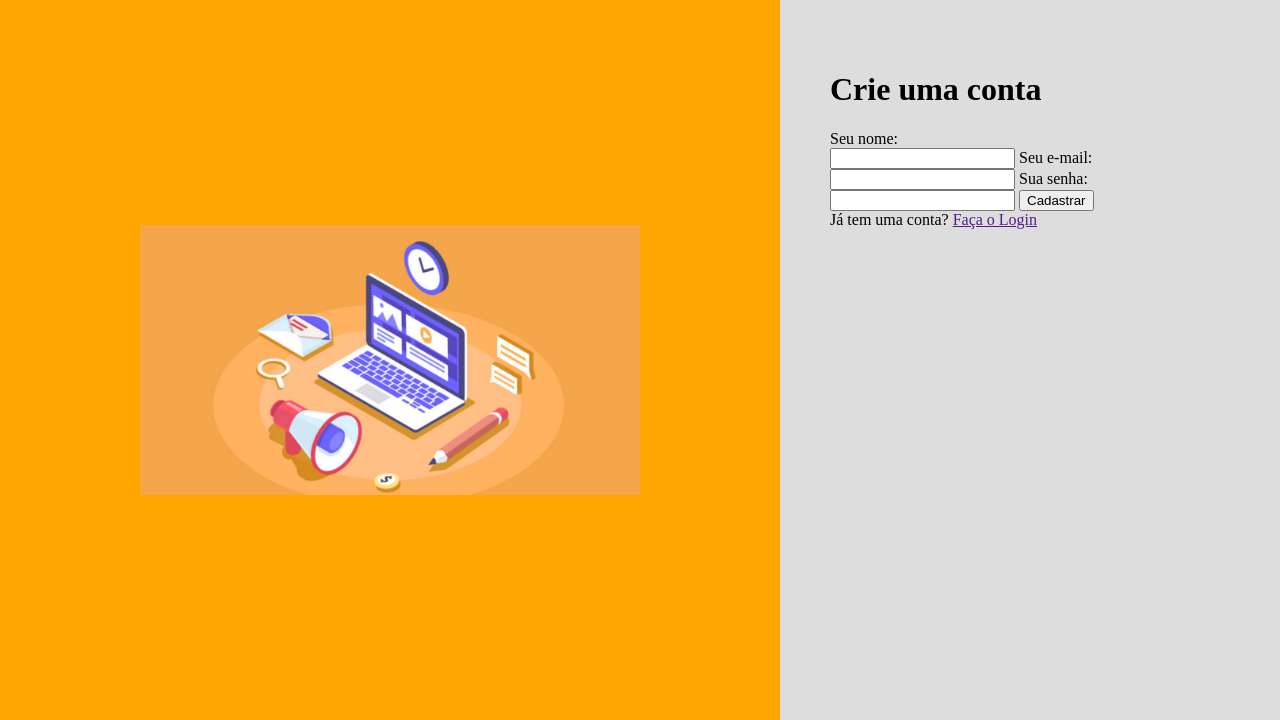
Repository: rafavirginio/tela-de-login
Page: index.html
These files come from the project's save history. The page is drawn as it stood at one moment and after the next save; the edit follows.
The browser window is 1280 px wide. The pictures show the whole page.

Above is the page before, as saved 2020-09-14 23:25:32.

### index.html
<!DOCTYPE html>
<html lang="en">

<head>
    <meta charset="UTF-8">
    <meta name="viewport" content="width=device-width, initial-scale=1.0">
    <title> Validador de Formulário </title>
    <link rel="stylesheet" href="style.css" />
</head>

<body>
    <div class="screen">
        <div class="leftside">
            <img src="imgGR.png" alt ""/>

        </div>
        <div class="rightside">
            <h1>Crie uma conta</h1>

            <form method="POST">


                <label>
                Seu nome: <br/>
                <input type="text" name="name" />
            </label>
                <label>
                Seu e-mail: <br/>
                <input type="text" name="email" />
            </label>
                <label>
                Sua senha: <br/>
                <input type="password" name="password" />
                <label>
                    <input type="submit" value="Cadastrar">
                </label>
            </form>
            <div>
                Já tem uma conta?
                <a href=""> Faça o Login</a>
            </div>
            <div>
            </div>

            <script src="script.js"></script>
</body>

</html>

### style.css
body {
    background-color: orange;
    margin: 0;
}

.screen {
    display: flex;
    height: 100vh;
}

.leftside {
    flex: 1;
    display: flex;
    justify-content: center;
    align-items: center;
}

.leftside img {
    max-width: 500px;
    height: auto;
}

.rightside {
    width: 400px;
    background-color: #DDD;
    padding: 50px;
}

Loaded but not shown: script.js (no copy from this time; the picture is the same without it)

After the next save:
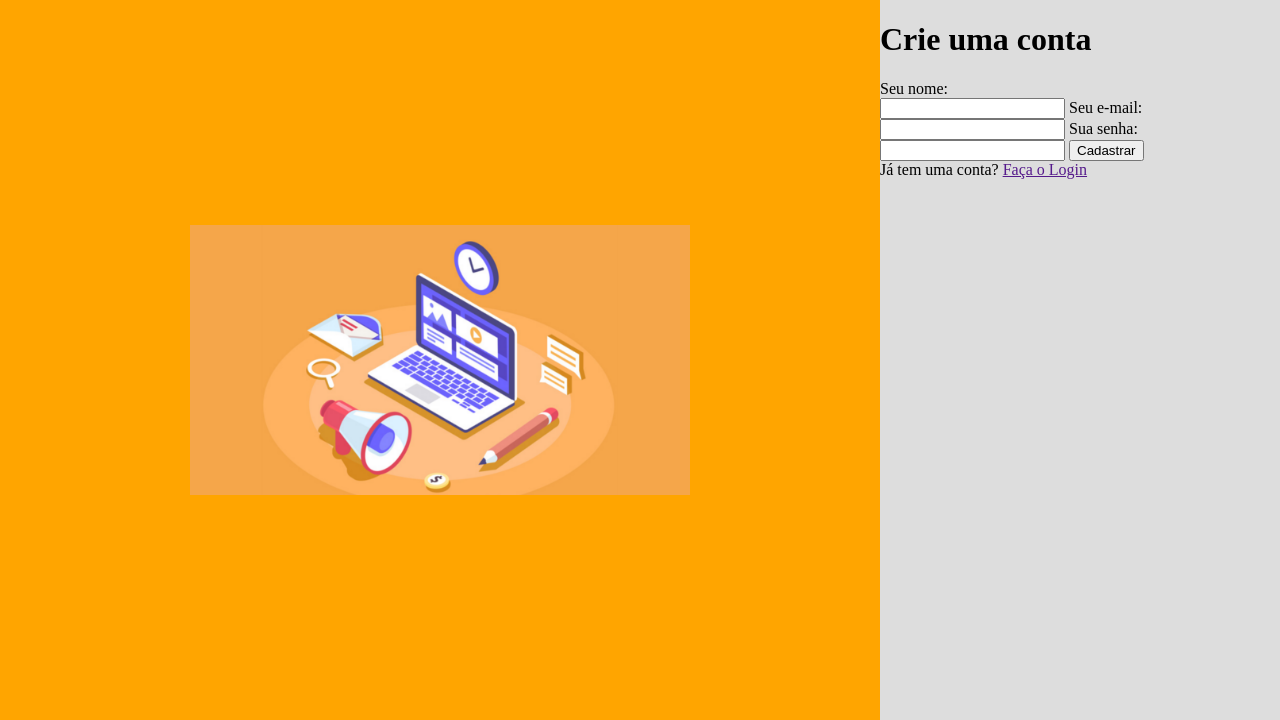
Saved 37 s later.
--- a/style.css
+++ b/style.css
@@ -23,5 +23,5 @@
 .rightside {
     width: 400px;
     background-color: #DDD;
-    padding: 50px;
+    padding: 1.rem;
 }

After the save that followed:
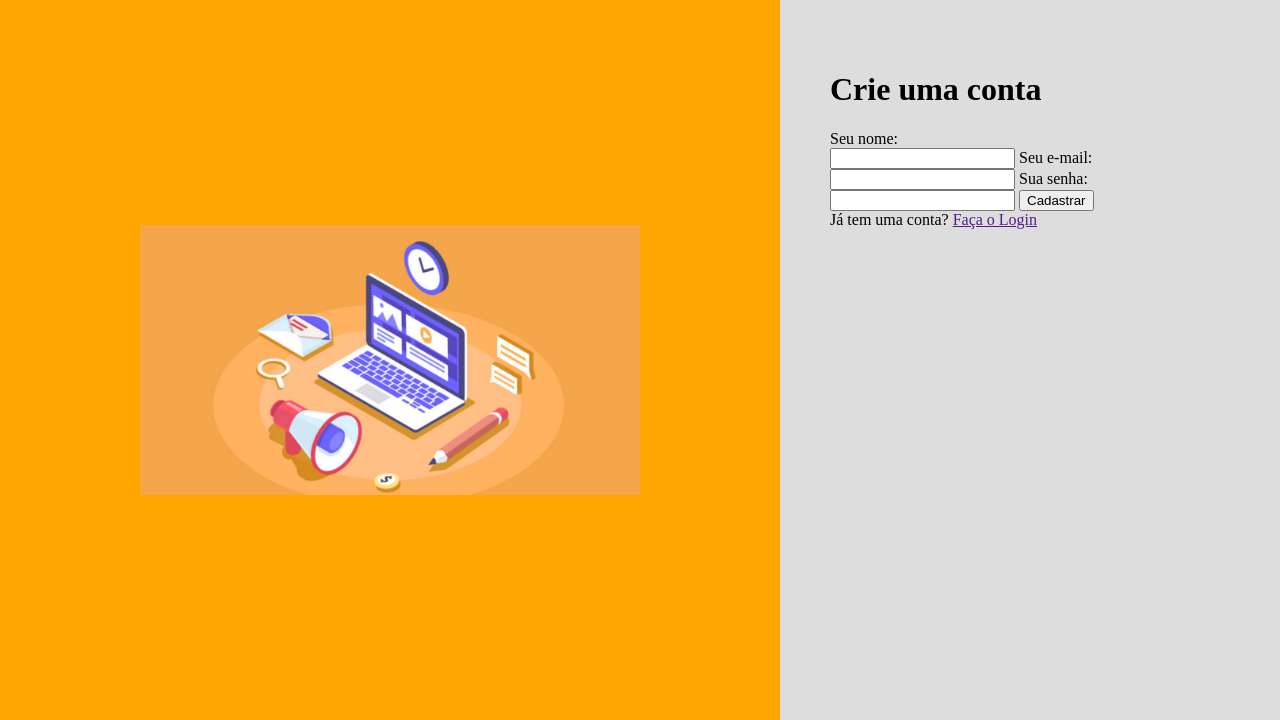
Saved 4 s later.
--- a/style.css
+++ b/style.css
@@ -23,5 +23,5 @@
 .rightside {
     width: 400px;
     background-color: #DDD;
-    padding: 1.rem;
+    padding: 50px;
 }
